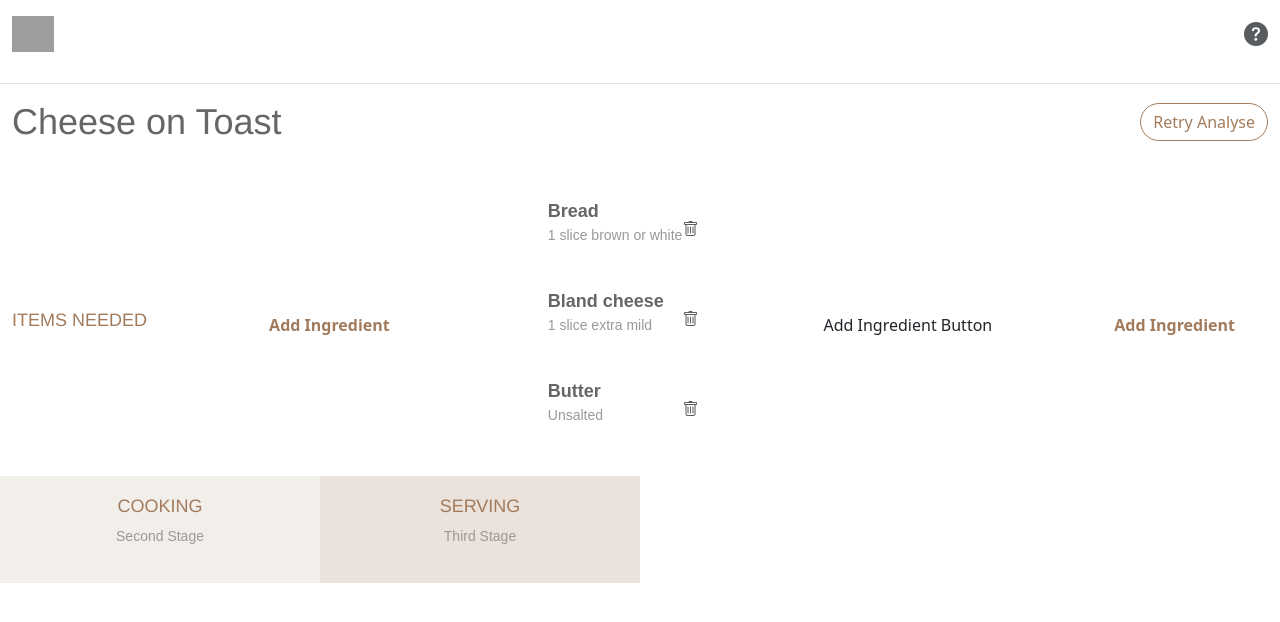
Repository: devashrisamani/SMC
Page: index.html
The author's editor kept a copy of each file at every save. The page is drawn from the files as they stood at one save, then again after the next save.
The browser window is 1280 px wide. The pictures show the whole page.
Pictures or frames that could not be fetched are drawn as grey boxes.

Above is the page before, as saved 2024-10-09 15:20:58.

After the next save:
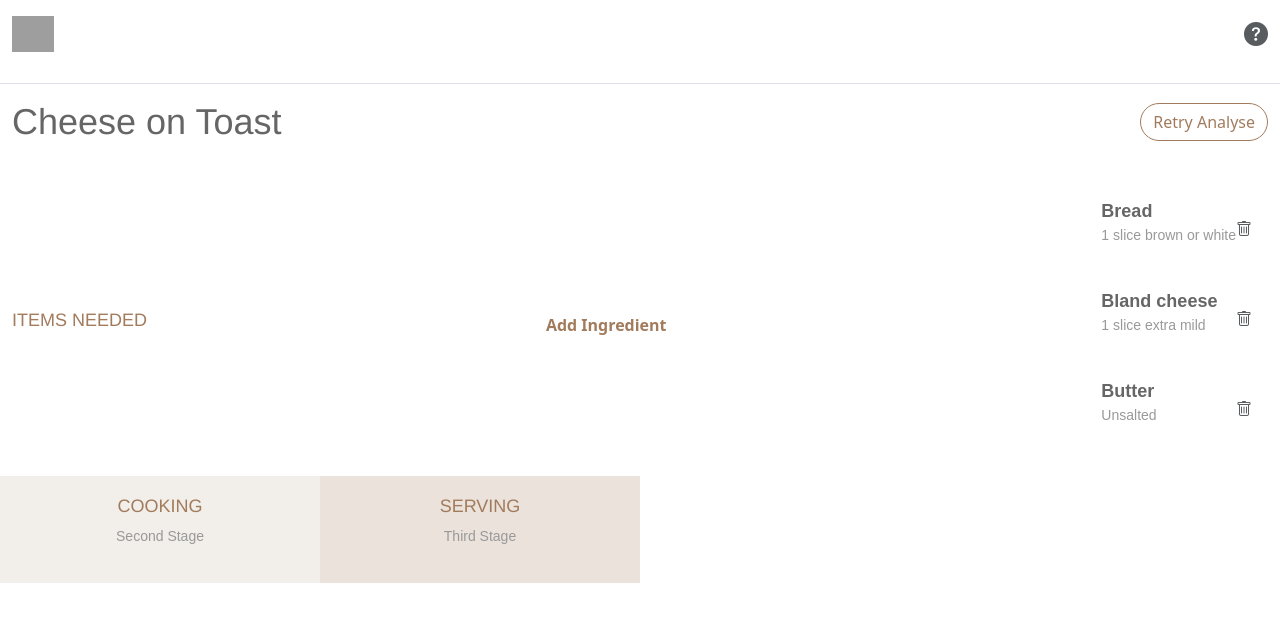
Saved 5 s later.
--- a/index.html
+++ b/index.html
@@ -82,8 +82,7 @@
             </li>
           </ul>
 
-          Add Ingredient Button
-          <button class="btn btn-link add-ingredient">Add Ingredient</button>
+          <!-- <button class="btn btn-link add-ingredient">Add Ingredient</button> -->
         </div>
 
         <!-- Second Rectangle: Cooking -->
